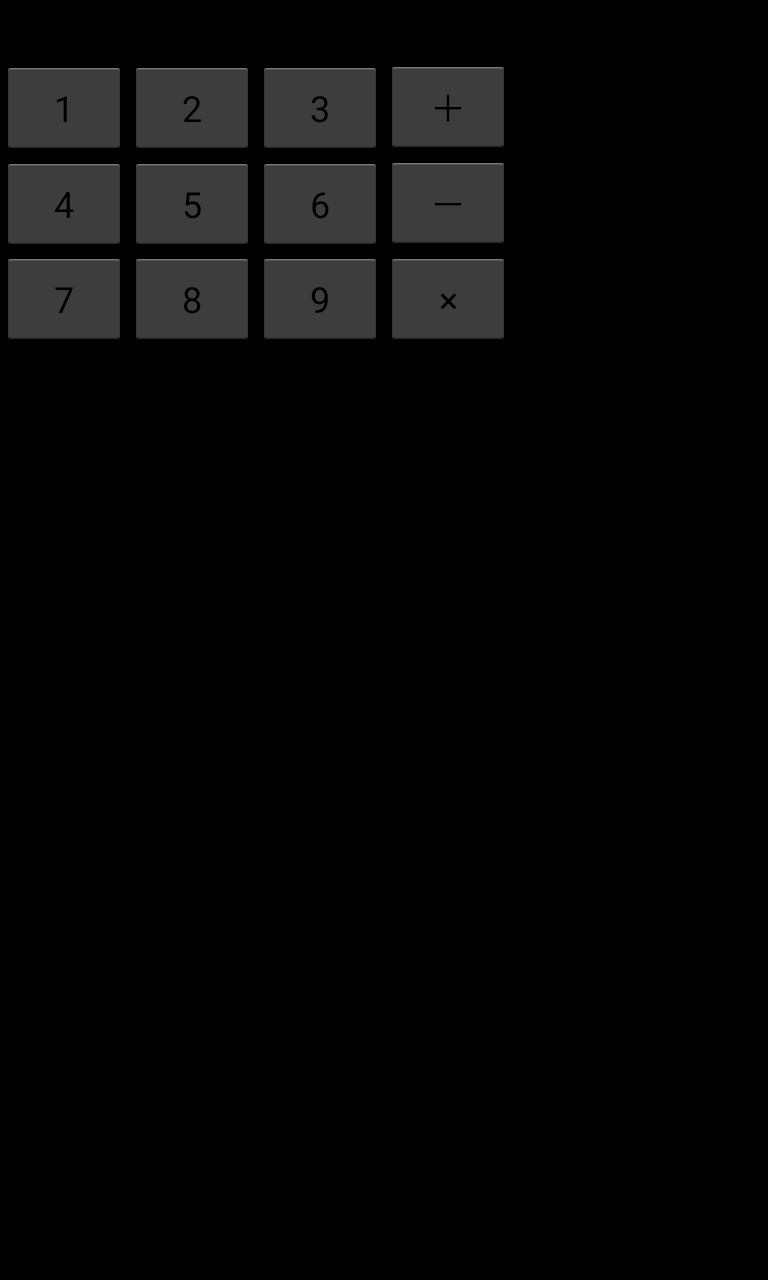
Repository: moetmd/learning-Android
Layout: Calculator/res/layout/activity_main.xml
An editor plug-in stored every save of this project. The layout is shown before and after the next save, followed by the edit.
It is drawn on a 768 x 1280 px phone screen (xhdpi) without system bars, with theme AppTheme; the app's code is not run.

Above is the layout before, as saved 2014-11-19 12:53:44.

### Calculator/res/layout/activity_main.xml
<FrameLayout xmlns:android="http://schemas.android.com/apk/res/android"
    xmlns:tools="http://schemas.android.com/tools"
    android:id="@+id/container"
    android:background="#000"
    android:layout_width="match_parent"
    android:layout_height="match_parent"
    tools:context="com.niit.calculator.MainActivity"
    tools:ignore="MergeRootFrame" >

    <LinearLayout
        android:layout_width="match_parent"
        android:layout_height="match_parent"
        android:orientation="vertical" >


        <!-- 屏幕    独占一行 -->
        <TextView
            android:id="@+id/textView1"
            android:layout_width="match_parent"
            android:layout_height="wrap_content"
            android:text="Large Text"
            android:textAppearance="?android:attr/textAppearanceLarge" />

        <!-- 第一行数字键 -->
        <LinearLayout
            android:layout_width="match_parent"
            android:layout_height="wrap_content" >
            <Button
                android:id="@+id/button1"
                android:layout_width="wrap_content"
                android:layout_height="wrap_content"
                android:text="1" />

            <Button
                android:id="@+id/button2"
                android:layout_width="wrap_content"
                android:layout_height="wrap_content"
                android:text="2" />

            <Button
                android:id="@+id/button3"
                android:layout_width="wrap_content"
                android:layout_height="wrap_content"
                android:text="3" />

            <Button
                android:id="@+id/button4"
                android:layout_width="wrap_content"
                android:layout_height="wrap_content"
                android:text="＋" />
        </LinearLayout>
        <!-- 第一行数字键结束 -->

       	<!-- 第二行数字键 -->
        <LinearLayout
            android:layout_width="match_parent"
            android:layout_height="wrap_content" >
            <Button
                android:id="@+id/button1"
                android:layout_width="wrap_content"
                android:layout_height="wrap_content"
                android:text="4" />

            <Button
                android:id="@+id/button2"
                android:layout_width="wrap_content"
                android:layout_height="wrap_content"
                android:text="5" />

            <Button
                android:id="@+id/button3"
                android:layout_width="wrap_content"
                android:layout_height="wrap_content"
                android:text="6" />

            <Button
                android:id="@+id/button4"
                android:layout_width="wrap_content"
                android:layout_height="wrap_content"
                android:text="－" />
        </LinearLayout>
        <!-- 第二行数字键结束 -->

        <!-- 第三行数字键 -->
        <LinearLayout
            android:layout_width="match_parent"
            android:layout_height="wrap_content" >
            <Button
                android:id="@+id/button1"
                android:layout_width="wrap_content"
                android:layout_height="wrap_content"
                android:text="7" />

            <Button
                android:id="@+id/button2"
                android:layout_width="wrap_content"
                android:layout_height="wrap_content"
                android:text="8" />

            <Button
                android:id="@+id/button3"
                android:layout_width="wrap_content"
                android:layout_height="wrap_content"
                android:text="9" />

            <Button
                android:id="@+id/button4"
                android:layout_width="wrap_content"
                android:layout_height="wrap_content"
                android:text="×" />
        </LinearLayout>
        <!-- 第三行数字键结束 -->

    </LinearLayout>

</FrameLayout>

Loaded but not shown: Calculator/res/values/styles.xml (common file); Calculator/res/values-v11/styles.xml (common file); Calculator/res/values-v14/styles.xml (common file)

After the next save:
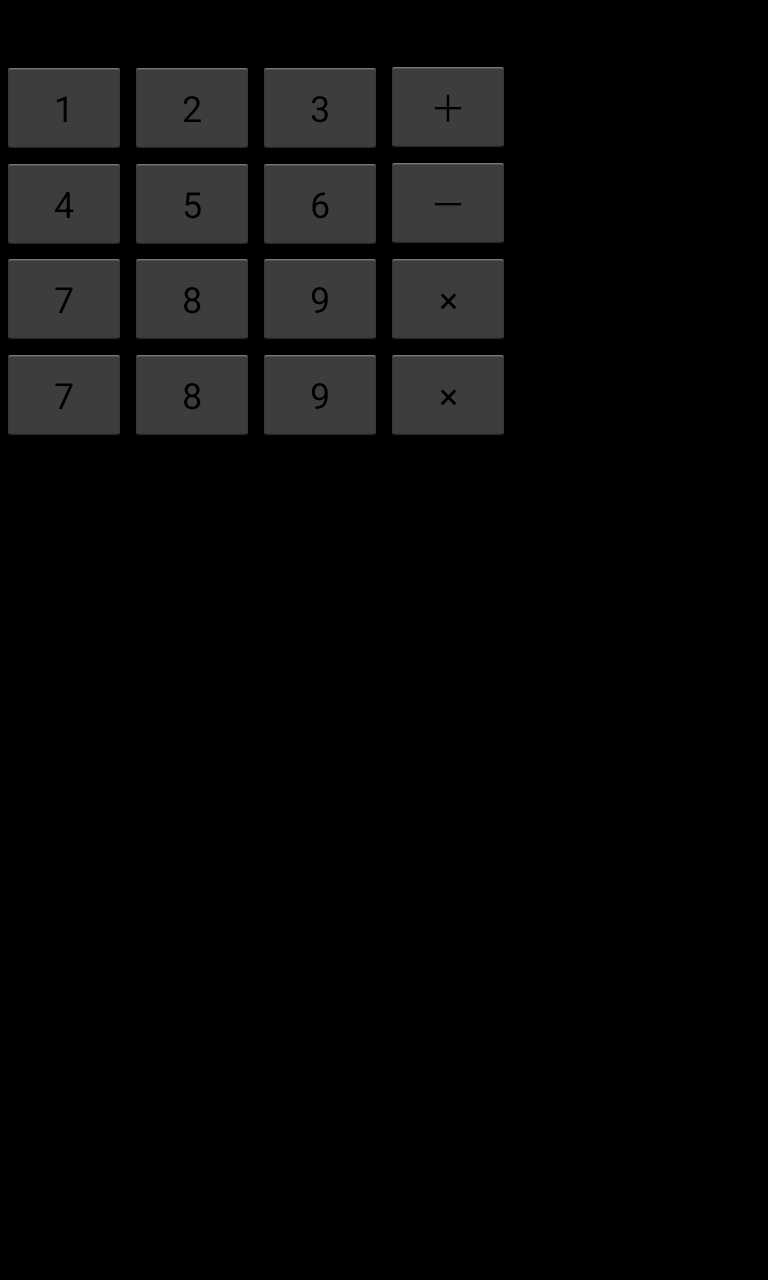
Saved 28 s later.
--- a/Calculator/res/layout/activity_main.xml
+++ b/Calculator/res/layout/activity_main.xml
@@ -111,6 +111,36 @@
         </LinearLayout>
         <!-- 第三行数字键结束 -->
 
+        <!-- 第四行数字键 -->
+        <LinearLayout
+            android:layout_width="match_parent"
+            android:layout_height="wrap_content" >
+            <Button
+                android:id="@+id/button1"
+                android:layout_width="wrap_content"
+                android:layout_height="wrap_content"
+                android:text="7" />
+
+            <Button
+                android:id="@+id/button2"
+                android:layout_width="wrap_content"
+                android:layout_height="wrap_content"
+                android:text="8" />
+
+            <Button
+                android:id="@+id/button3"
+                android:layout_width="wrap_content"
+                android:layout_height="wrap_content"
+                android:text="9" />
+
+            <Button
+                android:id="@+id/button4"
+                android:layout_width="wrap_content"
+                android:layout_height="wrap_content"
+                android:text="×" />
+        </LinearLayout>
+        <!-- 第四行数字键结束 -->
+
     </LinearLayout>
 
 </FrameLayout>
